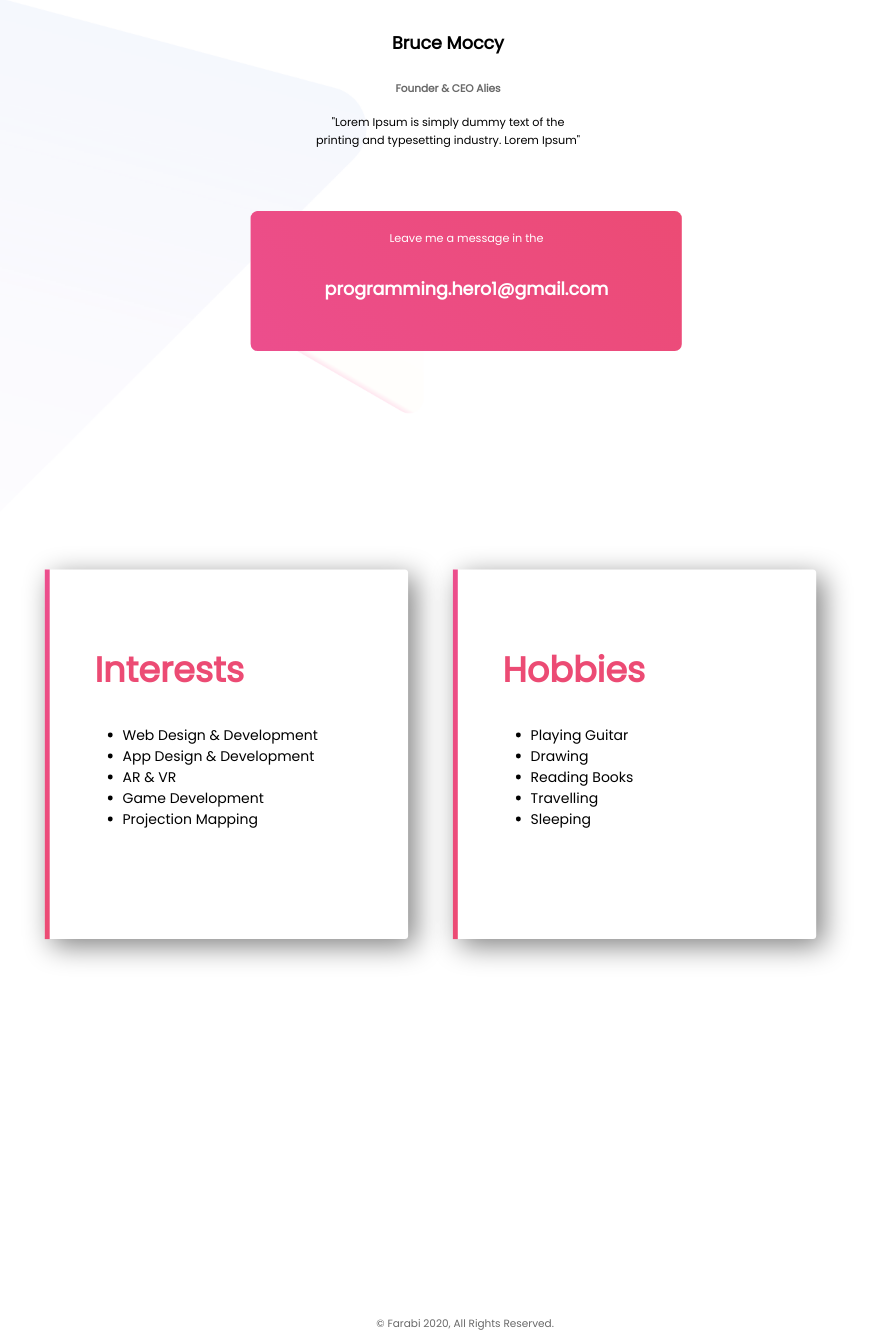
Repository: mohsinfarabi/personal-website
Page: index.html
These files come from the project's save history. The page is drawn as it stood at one moment and after the next save; the edit follows.
The browser window is 1280 px wide. The pictures show the part of the page from y = 3461 to 5381 px (the page is 5381 px tall), at 70% of full size.

Above is the page before, as saved 2020-07-01 18:21:26.

### index.html
<!DOCTYPE html>
<html lang="en">

<head>
    <meta charset="UTF-8">
    <meta name="viewport" content="width=device-width, initial-scale=1.0">
    <link href="https://fonts.googleapis.com/css2?family=Poppins" rel="stylesheet">
    <link rel="stylesheet" href="style.css">
    <title>Farabi - Web Developer</title>
</head>

<body>
    <section class="header-banner">
        <div class="half-width half-width-content">
            <h3>Hello I'm</h3>
            <h2>Mohsin Farabi</h2>
            <p>You might saw me jumping, climbing buildings, and stopping trains. But nobody pays me a dime for that work. That's why I am learning and mastering web development. I will not stop until I become the Web Development Hero.</p>
            <a class="link-button" target="_blank" href="https://www.linkedin.com/in/mohsin-farabi-68655040/">HIRE ME</a>
        </div>

        <div class="img-width">
            <img src="images/peter.png" alt="">
        </div>
    </section>
    <section class="biography">
        <div class="half-width">
            <img src="images/peter_dream.png" alt="">
        </div>
        <div class="half-width half-width-content">
            <h3>Biography</h3>
            <p>Lorem ipsum dolor sit amet, consectetur adipiscing elit. Integer vulputate rutrum lacus vitae eleifend. Morbi tempus tincidunt sagittis. Cras ac venenatis augue, a ornare augue. Vivamus tristique lobortis quam, in auctor urna convallis sit
                amet. Vivamus eros mi, eleifend quis consequat ac, porttitor quis ligula. Proin aliquet aliquam nunc, eu egestas felis.</p>
            <a class="link-button" target="_blank" href="https://www.facebook.com/farabi.mohsin">Download CV</a>

        </div>
    </section>
    <section class="latest-work">
        <h3>My Latest Work</h3>
        <div class="showcase-width">
            <img src="images/latest-work/work-1.png" alt="">
        </div>
        <div class="showcase-width">
            <img src="images/latest-work/work-2.jpg" alt="">
        </div>
        <div class="showcase-width">
            <img src="images/latest-work/work-3.jpg" alt="">
        </div>

    </section>
    <section class="bottom-panel">
        <h3>What Client are say</h3>
        <h4>Bruce Moccy</h4>
        <h5>Founder & CEO Alies</h5>
        <p>"Lorem Ipsum is simply dummy text of the <br> printing and typesetting industry. Lorem Ipsum"</p>
        <div class="message-panel">
            <p>Leave me a message in the</p>
            <h5>programming.hero1@gmail.com</h5>
        </div>
    </section>
    <section>
        <div class="interests">
            <div id="interest-on" class="half-width interest-hobbies">
                <h2>Interests</h2>
                <ul>
                    <li>Web Design & Development</li>
                    <li>App Design & Development</li>
                    <li>AR & VR</li>
                    <li>Game Development</li>
                    <li>Projection Mapping</li>
                </ul>
            </div>
            <div id="hobbies" class="half-width interest-hobbies">
                <h2>Hobbies</h2>
                <ul>
                    <li>Playing Guitar</li>
                    <li>Drawing</li>
                    <li>Reading Books</li>
                    <li>Travelling</li>
                    <li>Sleeping</li>
                </ul>
            </div>

        </div>
    </section>
    <footer>
        <p>© Farabi 2020, All Rights Reserved.</p>
    </footer>



</body>

</html>

### style.css
body {
    margin: 0;
    font-family: 'Poppins', sans-serif;
}

h2 {
    font-size: 50px;
    color: #ec4b74;
    font-weight: 700;
}

h3 {
    font-size: 30px;
}

p {
    color: dimgray;
    margin-bottom: 7%;
}

.half-width {
    width: 30%;
    float: left;
    margin-left: 5%;
    padding: 5%;
}

.half-width-content {
    padding-top: 15%;
    margin-left: 10%;
}

.half-width img {
    width: 100%;
    height: 100%;
    padding-left: 20%;
}

.img-width {
    width: 35%;
    float: left;
    margin-left: 2%;
    margin-top: 10%;
    padding-left: 0;
}

.img-width img {
    width: 100%;
    height: 100%;
}

.showcase-width {
    width: 25%;
    float: left;
    margin-left: 2%;
    padding-left: 5%;
    padding-top: 7%;
}

.showcase-width img {
    width: 100%;
    height: 100%;
}

.latest-work h3 {
    text-align: center;
    padding-top: 10%;
}

.bottom-panel h3 {
    text-align: center;
    padding-top: 10%;
    font-size: 45px;
}

.bottom-panel h4 {
    text-align: center;
    padding-top: 3%;
    font-size: 25px;
}

.bottom-panel h5 {
    text-align: center;
    color: dimgray;
    font-size: 15px;
}

.bottom-panel p {
    text-align: center;
    color: black;
}

section {
    height: 900px;
    padding-bottom: 150px;
}

.link-button {
    text-decoration: none;
    background-image: linear-gradient(45deg, #ec4e8d, #ec4b74);
    padding: 10px 20px;
    border-radius: 5px;
    color: white;
    font-weight: 400;
}

.header-banner {
    background-image: url("images/header-bg.png");
    background-repeat: no-repeat;
}

.biography {
    background-image: url("images/biography-bg.png");
    background-repeat: no-repeat;
}

.latest-work {
    background-image: url("images/latest-work-bg.png");
    background-repeat: no-repeat;
}

.bottom-panel {
    background-image: url("images/footer-bg.png");
    background-repeat: no-repeat;
}

.message-panel {
    margin-left: 28%;
    width: 45%;
    height: 20%;
    background-image: linear-gradient(45deg, #ec4e8d, #ec4b74);
    padding: 10px 20px;
    border-radius: 10px;
    text-align: center;
}

.message-panel p {
    color: white;
}

.message-panel h5 {
    color: white;
    font-size: 25px;
    padding-bottom: 10%;
}

footer {
    position: absolute;
    padding-left: 42%;
}

footer p {
    text-align: center;
    font-size: 15px;
}

.interests {
    background-color: white;
    height: 500px;
}

#interest-on {
    border-left: 7px solid;
    border-image: linear-gradient(180deg, #ec4e8d, #ec4b74);
    border-image-slice: 1;
}

#hobbies {
    border-left: 7px solid;
    border-image: linear-gradient(180deg, #ec4e8d, #ec4b74);
    border-image-slice: 1;
}

.interest-hobbies {
    box-shadow: 10px 10px 40px gray;
    border-radius: 5px;
    height: 80%;
    background-color: white;
}

.interests li {
    font-size: 20px;
}

After the next save:
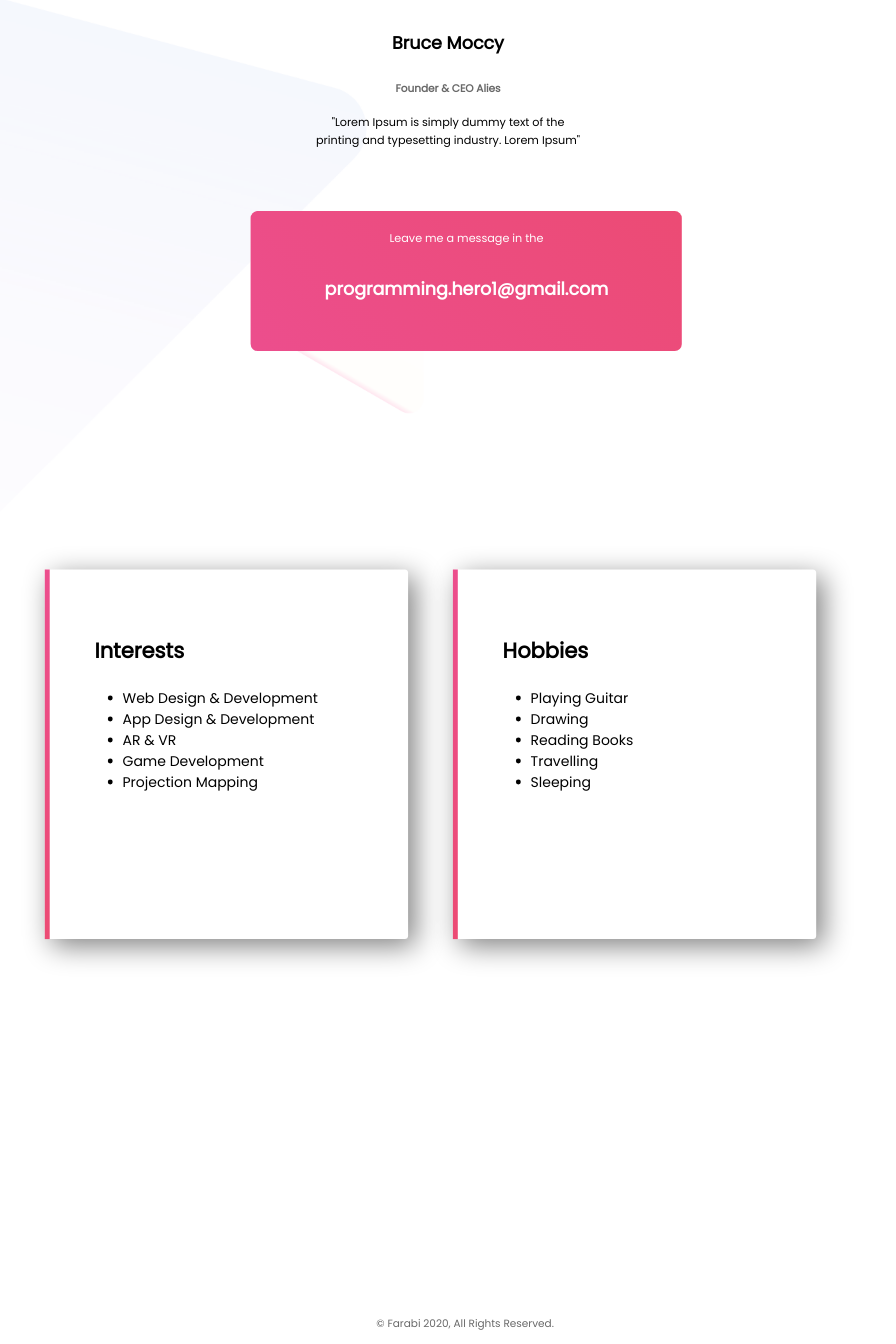
Saved 31 s later.
--- a/index.html
+++ b/index.html
@@ -60,7 +60,7 @@
     <section>
         <div class="interests">
             <div id="interest-on" class="half-width interest-hobbies">
-                <h2>Interests</h2>
+                <h3>Interests</h3>
                 <ul>
                     <li>Web Design & Development</li>
                     <li>App Design & Development</li>
@@ -70,7 +70,7 @@
                 </ul>
             </div>
             <div id="hobbies" class="half-width interest-hobbies">
-                <h2>Hobbies</h2>
+                <h3>Hobbies</h3>
                 <ul>
                     <li>Playing Guitar</li>
                     <li>Drawing</li>
